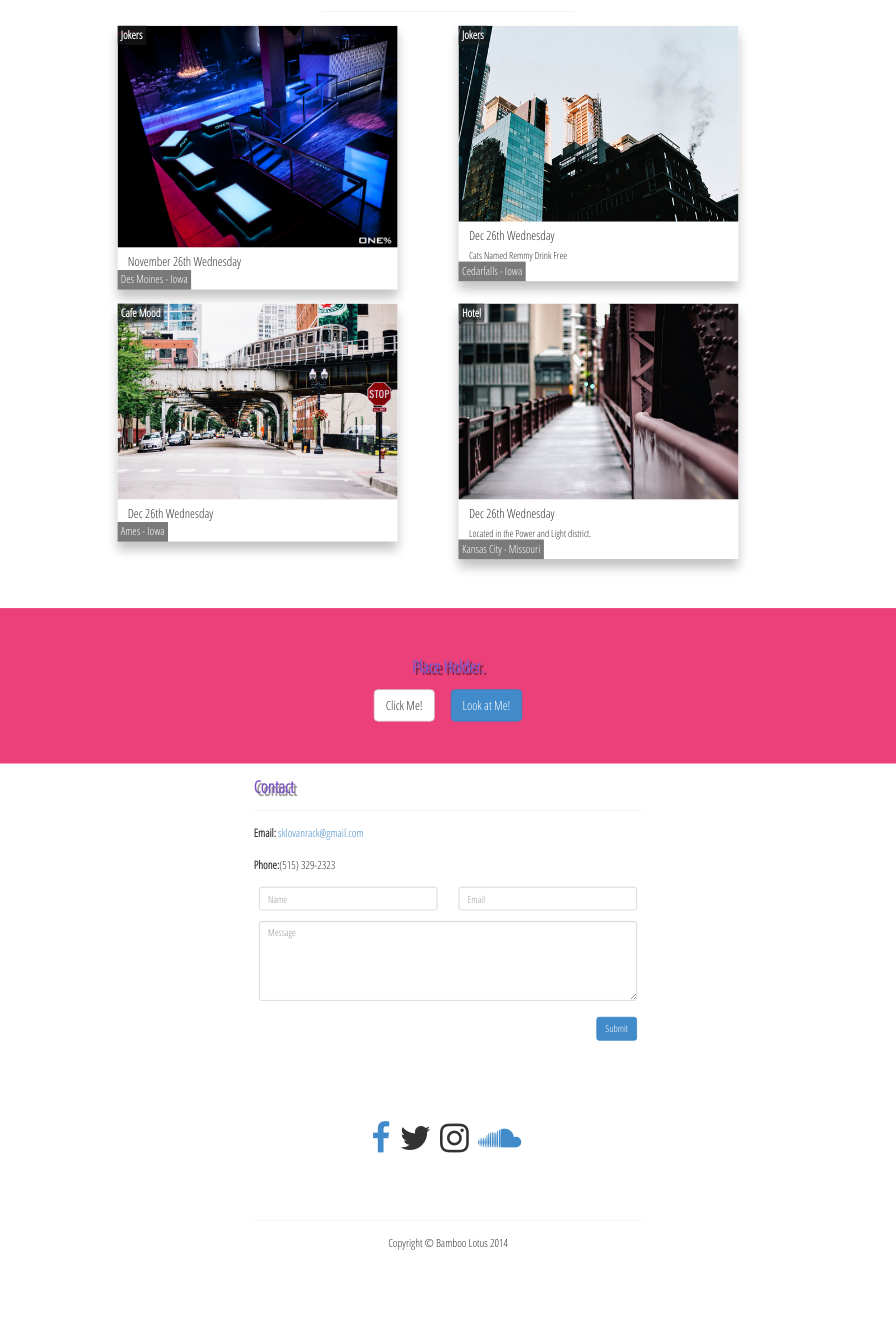
Repository: BambooXLotus/DjSylo
Page: client/index.html
The author's editor kept a record of every edit. The page is drawn from the files as they stood at one moment, then again after the next edit.
The browser window is 1280 px wide. The pictures show the part of the page from y = 2484 to 4404 px (the page is 4381 px tall before and 4404 px after), at 70% of full size.
Some icons come from a web library that is not loaded, so they are not drawn. Backgrounds fixed to the window are drawn as part of the page. Some web libraries are served in a nearby version.

Above is the page before.

After the next edit:
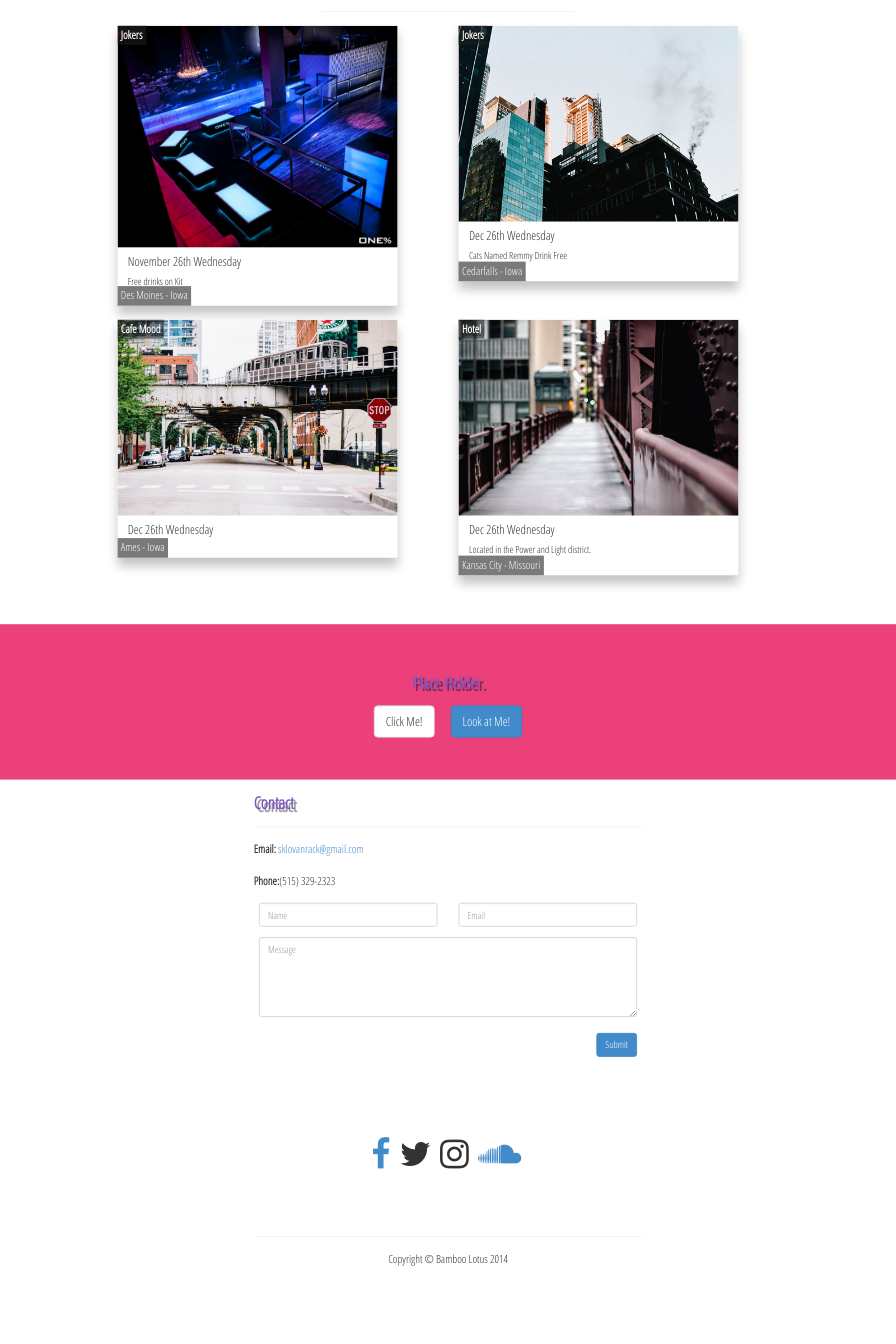
The edit:
--- a/client/index.html
+++ b/client/index.html
@@ -187,6 +187,7 @@
                         </div>
                         <div class="panel-body">
                             <h4>November 26th Wednesday</h4>
+                            <h5>Free drinks on Kit</h5>
                         </div>
                     </div>
                 </div>
